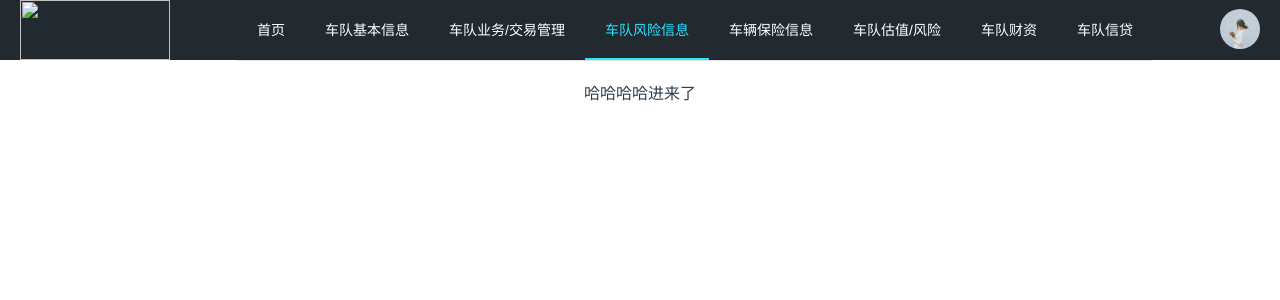
Repository: TheWomanLiketheWind/woodpecker
Page: /menuSecond
The author's editor kept a copy of each file at every save. The page is drawn from the files as they stood at one save, then again after the next save.
The browser window is 1280 px wide. The pictures show the whole page.
The project was rebuilt for these pictures with package versions that can differ from the ones it lists, and the page was loaded fresh each time.

Above is the page before, as saved 2019-07-25 16:07:44.

### public/index.html
<!DOCTYPE html>
<html lang="en">
  <head>
    <meta charset="utf-8">
    <meta http-equiv="X-UA-Compatible" content="IE=edge">
    <meta name="viewport" content="width=device-width,initial-scale=1.0">
    <link rel="icon" href="<%= BASE_URL %>favicon.ico">
    <title>woodpecker</title>
  </head>
  <body>
    <noscript>
      <strong>We're sorry but woodpecker doesn't work properly without JavaScript enabled. Please enable it to continue.</strong>
    </noscript>
    <div id="app"></div>
    <!-- built files will be auto injected -->
  </body>
</html>

### src/App.vue
<template>
  <div id="app">
    <router-view />
  </div>
</template>

<style lang="scss">
#app {
  font-family: "Avenir", Helvetica, Arial, sans-serif;
  -webkit-font-smoothing: antialiased;
  -moz-osx-font-smoothing: grayscale;
  text-align: center;
  color: #2c3e50;
  .el-header {
    display: flex;
    justify-content: space-between;
    align-items: center;
  }
}
#nav {
  padding: 30px;
  a {
    font-weight: bold;
    color: #2c3e50;
    &.router-link-exact-active {
      color: #42b983;
    }
  }
}
body {
  margin: 0;
}
</style>

### src/router.ts
import Vue from 'vue'
import Router from 'vue-router'
import Home from './views/Home.vue'
Vue.use(Router)

export default new Router({
  mode: 'history',
  base: process.env.BASE_URL,
  routes: [
    {
      path: '/',
      name: 'home',
      component: Home,
      children: [
        {
          path: 'menuSecond',
          name: 'menuSecond',
          component: () =>
            import(/* webpackChunkName: "about" */ './views/menuSecond.vue')
        }
      ]
    }
  ]
})

### src/views/Home.vue
<template>
  <el-container>
    <el-header class="headerAll">
      <img src=""
           class="headImage">
      <el-menu :default-active="activeIndex"
               class="el-menu-demo"
               mode="horizontal"
               background-color="#222a30"
               text-color="#fff"
               active-text-color="#29e2fe"
               @select="handleSelect">
        <el-menu-item v-for="(item, index) in menuList"
                      :key="index"
                      :index="item.index">{{item.name}}</el-menu-item>
      </el-menu>

      <el-dropdown>
        <img src="../assets/headImage.jpg"
             class="drophead" />
        <el-dropdown-menu slot="dropdown">
          <el-dropdown-item>个人信息</el-dropdown-item>
          <el-dropdown-item>退出</el-dropdown-item>
        </el-dropdown-menu>
      </el-dropdown>
    </el-header>
    <el-main>
      <router-view />
    </el-main>
  </el-container>
</template>

<script lang="ts">
import { Component, Vue } from "vue-property-decorator";

@Component({
  components: {}
})
export default class Home extends Vue {
  data() {
    return {
      activeIndex: "4",
      menuList: [
        {
          name: "首页",
          index: "1",
          link: ""
        },
        {
          name: "车队基本信息",
          index: "2",
          link: ""
        },
        {
          name: "车队业务/交易管理",
          index: "3",
          link: ""
        },
        {
          name: "车队风险信息",
          index: "4",
          link: ""
        },
        {
          name: "车辆保险信息",
          index: "5",
          link: ""
        },
        {
          name: "车队估值/风险",
          index: "6",
          link: ""
        },
        {
          name: "车队财资",
          index: "7",
          link: ""
        },
        {
          name: "车队信贷",
          index: "8",
          link: ""
        }
      ]
    };
  }

  private handleSelect(key: any, keyPath: any) {
    console.log(key, keyPath);
  }
}
</script>

<style lang="scss">
.headerAll {
  background: #222a30;
  .headImage {
    width: 150px;
    height: 100%;
    border: 0;
  }
  .drophead {
    width: 40px;
    height: 40px;
    border-radius: 50%;
  }
}
</style>

### src/views/menuSecond.vue
<template>
  <div>哈哈哈哈进来了</div>
  <!-- <el-container>
    <el-aside width="200px">Aside</el-aside>
    <el-main>Main</el-main>
  </el-container> -->

</template>

<script lang="ts">
import Vue from "vue";
export default Vue.extend({});
</script>


<style>
</style>

Loaded but not shown: src/main.ts (common file); src/store.ts (common file)

After the next save:
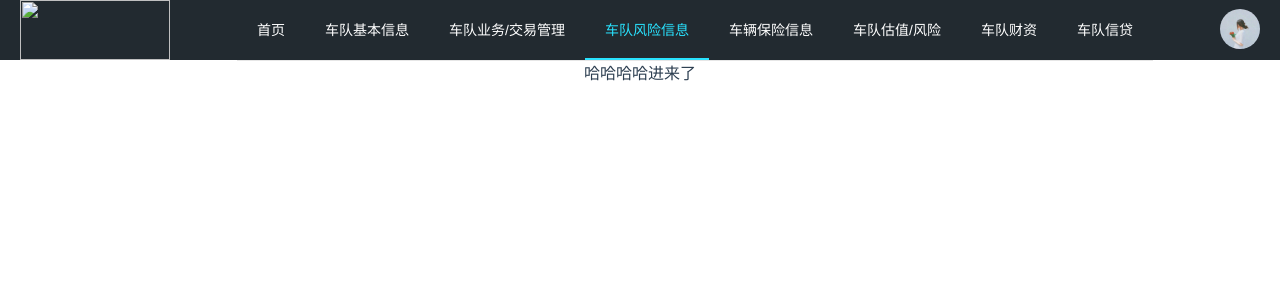
Saved 12 s later.
--- a/src/views/Home.vue
+++ b/src/views/Home.vue
@@ -24,9 +24,7 @@
         </el-dropdown-menu>
       </el-dropdown>
     </el-header>
-    <el-main>
-      <router-view />
-    </el-main>
+    <router-view />
   </el-container>
 </template>
 
